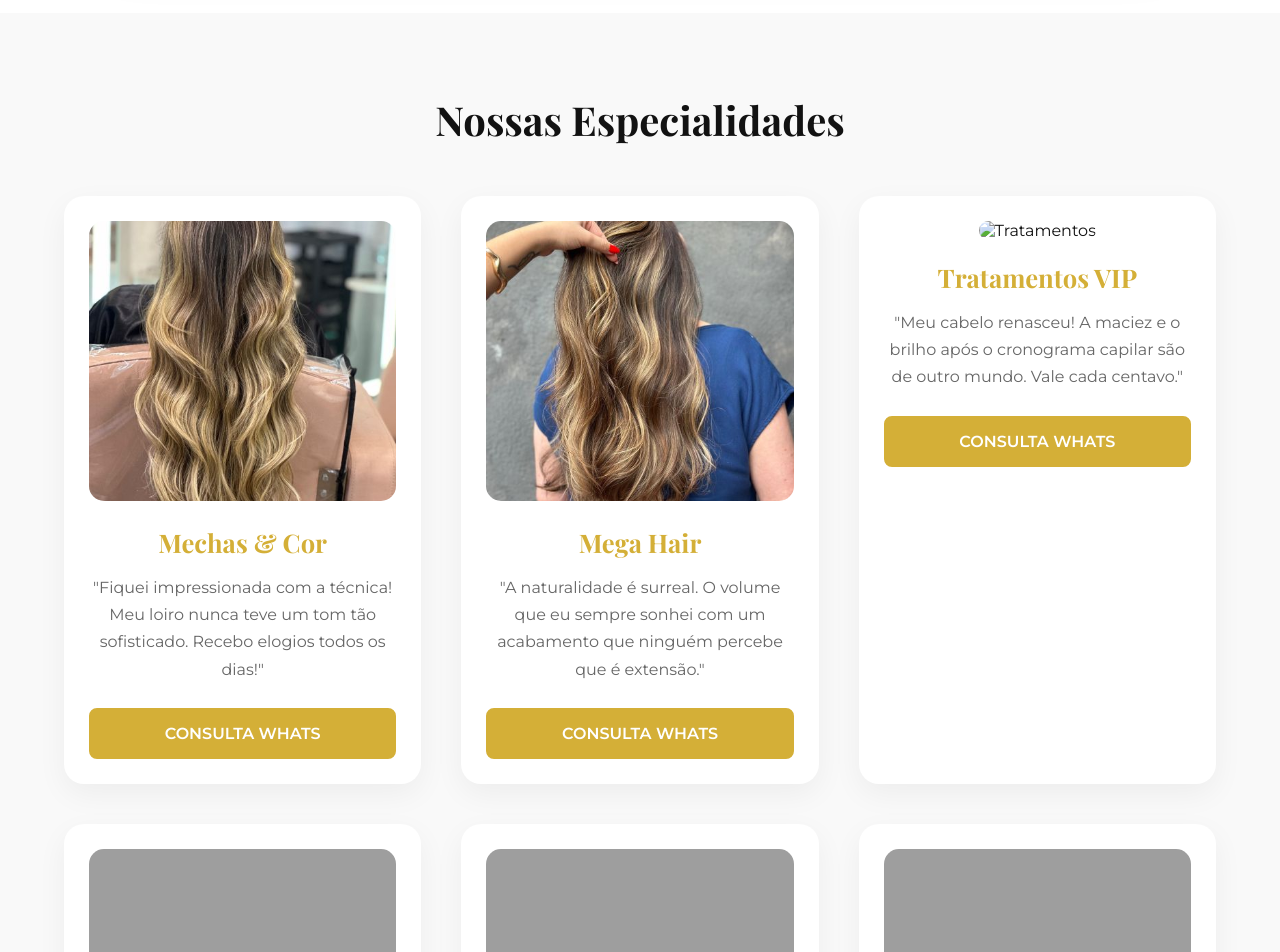
Repository: Sandro1969-tech/campanini-beauty
Page: index.html
An editor plug-in stored every save of this project. The page is shown before and after a run of saves, followed by the edit.
The browser window is 1280 px wide. The pictures show the part of the page from y = 827 to 1779 px (the page is 3604 px tall).
Pictures or frames that could not be fetched are drawn as grey boxes. Some web fonts or font styles are not loaded; a fallback is used.

Above is the page before, as saved 2026-02-17 11:44:49.

After the next 2 saves:
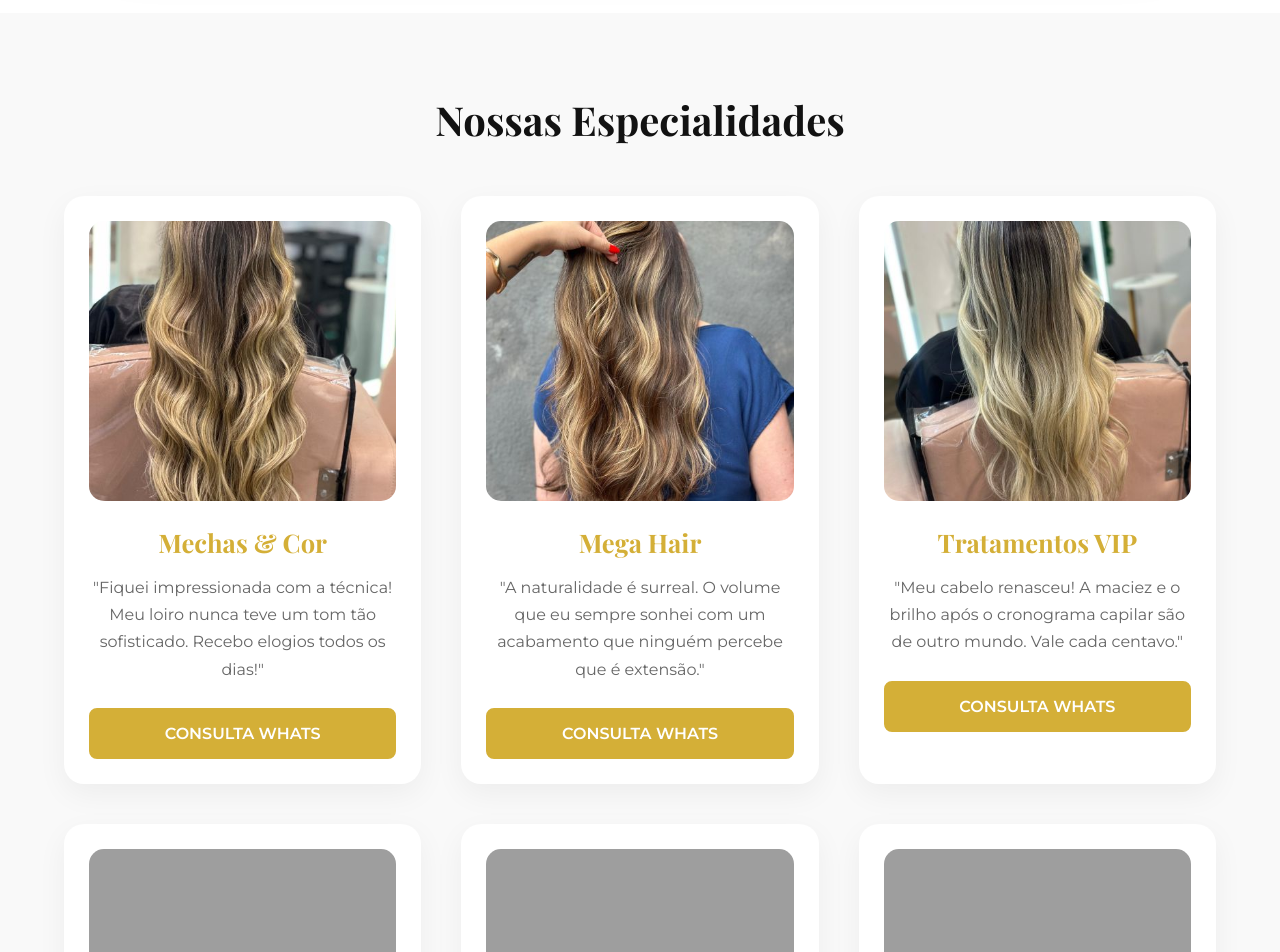
The 2 saves are shown as one change because they came seconds apart.
The last was saved 8 s later.
--- a/index.html
+++ b/index.html
@@ -247,7 +247,7 @@
                 <a href="https://wa.me/5511999999999" class="btn-ws">CONSULTA WHATS</a>
             </div>
             <div class="service-card">
-                <img src="" alt="Tratamentos">
+                <img src="assets/image/imagem3.jpg" alt="Tratamentos">
                 <h3>Tratamentos VIP</h3>
                 <p>"Meu cabelo renasceu! A maciez e o brilho após o cronograma capilar são de outro mundo. Vale cada centavo."</p>
                 <a href="https://wa.me/5511999999999" class="btn-ws">CONSULTA WHATS</a>
